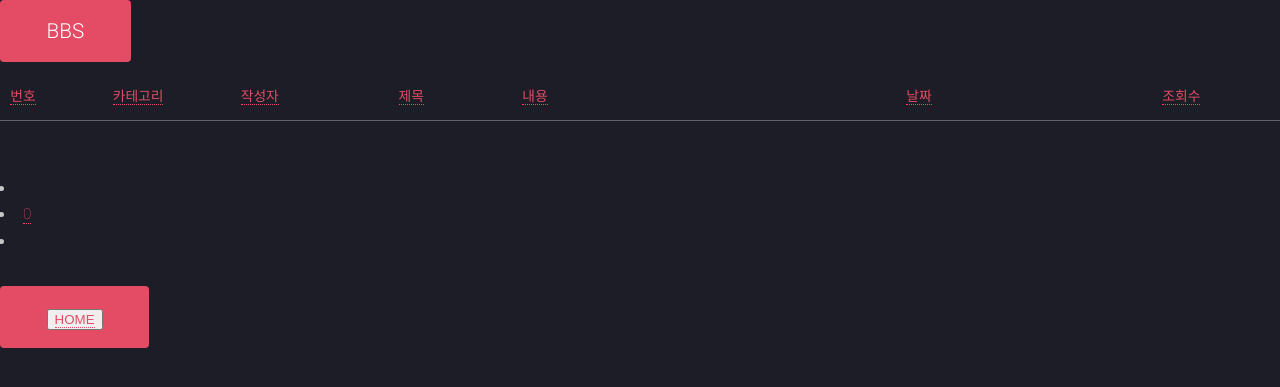
Repository: worMholEamkim/SpringEX
Page: http://localhost/bbs/bbs.do?page=0
These files come from the project's save history. The page is drawn as it stood at one moment and after the next save; the edit follows.
The browser window is 1280 px wide. The pictures show the whole page.
The page is served by Tomcat 9. Other server files are loaded and not shown. Queries for data that is not in the repository find no rows.

Above is the page before, as saved 2019-03-15 04:00:08.

### JSP_WepPage_Server-master.zip_expanded/JSP_WepPage_Server-master/bbs/WebContent/WEB-INF/bbs.jsp
<%@ page language="java" contentType="text/html; charset=UTF-8"
    pageEncoding="UTF-8"%>
<%@ taglib prefix="c" uri="http://java.sun.com/jsp/jstl/core"%>
<!DOCTYPE HTML>
<html>
	<head>
		<title>BBS</title>
		<meta charset="utf-8" />
		<meta name="viewport" content="width=device-width, initial-scale=1, user-scalable=no" />
		<link rel="stylesheet" href="assets/css/main.css" />
	</head>
		<body class="is-preload landing">
						<!-- Table -->
							<section>
								<h3 align="center" class="button primary large">BBS</h3>
								<div class="table-wrapper">
									<table>
										<thead>
											<tr>
												<th width="8%" align="center">
													<a href='bbs.do?id=BBSID'>번호</a></th>
												<th width="10%" align="center">
													<a href='bbs.do?id=BBSCATEGORY'>카테고리</a></th>
												<th align="center">
													<a href='bbs.do?id=ID'>작성자</a></th>
												<th align="center">
													<a href='bbs.do?id=BBSTITLE'>제목</a></th>
												<th width="30%" align="center">
													<a href='bbs.do?id=BBSCONTENT'>내용</a></th>
												<th width="20%" align="center">
													<a href='bbs.do?id=BBSDATE'>날짜</a></th>
												<th width="10%" align="center">
													<a href='bbs.do?id=BBSHIT'>조회수</a></th>

											</tr>
										</thead>
										<tbody>
											<c:forEach var="bbs" items="${list}" >
												<td align="center"><a href='bbsview.do?id=${bbs.bbsId}'>${bbs.bbsId}</a></td>
												<td align="right"><c:choose>
													<c:when test="${bbs.bbsCategory=='math'}">수학</c:when>
													<c:when test="${bbs.bbsCategory=='enjoy'}">여행</c:when>
													<c:when test="${bbs.bbsCategory=='pic'}">사진</c:when>
													<c:when test="${bbs.bbsCategory=='java'}">java</c:when>
													<c:when test="${bbs.bbsCategory=='web'}">웹프로그래밍</c:when>
													<c:when test="${bbs.bbsCategory=='estate'}">부동산</c:when>
													<c:when test="${bbs.bbsCategory=='food'}">음식</c:when>
													<c:when test="${bbs.bbsCategory=='common'}">상식</c:when>

													</c:choose></td>
												<td align="right">${bbs.id}</td>
												<td align="right"><a href='bbsview.do?id=${bbs.bbsId}'>
														<b>${bbs.bbsTitle}</b> </a></td>
												<td align="right"><a href='bbsview.do?id=${bbs.bbsId}'>
														<b>${bbs.bbsContent} </b></a></td>
												<td align="right">${bbs.bbsDate}</td>
												<td align="right">${bbs.bbsHit}</td>
												</tr>
											</c:forEach>
										</tbody>

										<tfoot>
											<tr>
												<td colspan="2"></td>
											</tr>
										</tfoot>
									</table>
									<ul class="pager">
										<li class="previous">
											<c:if test='${startPage>1}'>
												<!--  test 뒷부분에 조건을 단다  -->
												<a href='bbs.do?page=${startPage-10}'>이전</a>
											</c:if>
										</li>
										<li>
											<c:forEach begin="${startPage}" end="${endPage}" var="p">
												<a href='bbs.do?page=${p}'>${p}</a>
											</c:forEach>
										</li>
										<li class="next">
											<c:if test='${hasNext==true}'>
												<a href='bbs.do?page=${startPage+10}'>다음</a>
											</c:if>
										</li>
									</ul>
								</div>
								<c:if test='${sessionID!=null}'>
									<div>
										<button >
											<a href='bbsupload2.do' class="button primary large">WRITE</a>
										</button>
									</div>
								</c:if>
								<div  class="button primary large">
									<button>
										<a href='home.do' >HOME</a>
									</button>
								</div>
								<div align="center">

									<c:if test='${resultBbs >= 1}'>
										<div class="w3-panel">
											<button class="w3-button w3-black" width="10%">
												글쓰기 성공
											</button>
										</div>
									</c:if>
									<c:if test='${resultBbs < 1}'>
										<div class="w3-panel">
											<button class="w3-button w3-red" width="10%">
											 글쓰기 실패
											</button>
										</div>
									</c:if>

									<c:if test='${deleteResult >= 1}'>
										<div class="w3-panel">
											<button class="w3-button w3-black" width="10%">
												글삭제 성공
											</button>
										</div>
									</c:if>
									<c:if test='${deleteResult < 1}'>
										<div class="w3-panel">
											<button class="w3-button w3-red" width="10%">
											 글삭제 실패
											</button>
										</div>
									</c:if>

										<c:if test='${updateBbsResult >= 1}'>
										<div class="w3-panel">
											<button class="w3-button w3-black" width="10%">
												글수정 성공
											</button>
										</div>
									</c:if>
									<c:if test='${updateBbsResult < 1}'>
										<div class="w3-panel">
											<button class="w3-button w3-red" width="10%">
											 글수정 실패
											</button>
										</div>
									</c:if>
								</div>

							</section>








		<!-- Scripts -->
			<script src="assets/js/jquery.min.js"></script>
			<script src="assets/js/jquery.scrolly.min.js"></script>
			<script src="assets/js/jquery.dropotron.min.js"></script>
			<script src="assets/js/jquery.scrollex.min.js"></script>
			<script src="assets/js/browser.min.js"></script>
			<script src="assets/js/breakpoints.min.js"></script>
			<script src="assets/js/util.js"></script>
			<script src="assets/js/main.js"></script>


	</body>
</html>

### JSP_WepPage_Server-master.zip_expanded/JSP_WepPage_Server-master/bbs/src/com/jsp/controller/BbsController.java
package com.jsp.controller;

import java.io.IOException;
import java.util.List;

import javax.servlet.RequestDispatcher;
import javax.servlet.ServletException;
import javax.servlet.http.HttpServlet;
import javax.servlet.http.HttpServletRequest;
import javax.servlet.http.HttpServletResponse;

import com.jsp.dao.BbsDao;
import com.jsp.dto.BbsDto;

public class BbsController extends HttpServlet {

	@Override
	protected void doGet(HttpServletRequest req, HttpServletResponse resp) throws ServletException, IOException {
		process(req, resp);
	}

	@Override
	protected void doPost(HttpServletRequest req, HttpServletResponse resp) throws ServletException, IOException {
		process(req, resp);
	}
	private void process(HttpServletRequest req, HttpServletResponse resp) throws ServletException, IOException {

		String page = req.getParameter("page");
		String bbsColum = req.getParameter("id");

		if(bbsColum==null || bbsColum.trim().contentEquals("")) {
			bbsColum="BBSID";
		}
		if(page==null || page.trim().contentEquals("")) {
			page="1";
		}
		int nowPage = Integer.parseInt(page);

		int startNum = 0;

		int endNum = 0;

		int perpage = 20;

		endNum = 0;
		startNum = endNum - 19;

		BbsDao bbsDao = BbsDao.getInstance();
		List<BbsDto> list = bbsDao.selectAll(startNum, perpage);

		req.setAttribute("list", list);


		RequestDispatcher rd = req.getRequestDispatcher(
				"/WEB-INF/bbs.jsp");
		rd.forward(req, resp);
	}
}

### JSP_WepPage_Server-master.zip_expanded/JSP_WepPage_Server-master/bbs/src/com/jsp/dao/BbsDao.java
package com.jsp.dao;

import java.sql.Connection;
import java.sql.DriverManager;
import java.sql.PreparedStatement;
import java.sql.ResultSet;
import java.sql.SQLException;
import java.util.ArrayList;
import java.util.List;

import com.jsp.dto.BbsDto;

public class BbsDao {

	private static BbsDao bbsDao;
	private Connection conn;
	private PreparedStatement pstmt;
	private int result;
	private ResultSet rs;
	private List<BbsDto> bbsList;


	private BbsDao() {
	}



	public static synchronized BbsDao getInstance() {
		if(bbsDao == null) {
			bbsDao = new BbsDao();
	}
		return bbsDao;
	}
	public Connection getConnect() {
		String url = "jdbc:oracle:thin:@localhost:1521:xe";
		String id = "BIG";
		String pw ="1234";
		try {
			Class.forName("core.log.jdbc.driver.OracleDriver");
			conn = DriverManager.getConnection(url, id, pw);

		} catch(ClassNotFoundException e) {
			e.printStackTrace();
		} catch(SQLException e) {
			e.printStackTrace();
		}
		return conn;
	}

	public BbsDto selectById(String id) {

		// id 확인
		//System.out.println("dao에서 id = " + id);
		BbsDto bbsDto = new BbsDto();
		//System.out.println("왜");
		conn = this.getConnect();
		//System.out.println("에러가난거야 쉬뱌ㅠㅠ");

		StringBuffer query = new StringBuffer();
		query.append("SELECT *");
		query.append(" FROM BBS");
		query.append(" WHERE BBSID=? ");

		try {
			//System.out.println("양심적으로 try문은 들어가야지?");
			pstmt = conn.prepareStatement(query.toString());
			pstmt.setString(1, id);

			//System.out.println("설마 여긴가?");
			rs = pstmt.executeQuery();
			// rs 확인
			//System.out.println("dao에서 " + rs);
			while (rs.next()) {

				bbsDto.setId(rs.getString("ID"));
				bbsDto.setBbsId(rs.getString("BBSID"));
				bbsDto.setBbsTitle(rs.getString("BBSTITLE"));
				bbsDto.setBbsDate(rs.getString("BBSDATE"));
				bbsDto.setBbsCategory(rs.getString("BBSCATEGORY"));
				bbsDto.setBbsContent(rs.getString("BBSCONTENT"));
				bbsDto.setBbsHit(rs.getString("BBSHIT"));
				//System.out.println(bbsDto.toString());
			}
		} catch (SQLException e) {

		} finally {
			this.close(conn, pstmt, null);
		}
		return bbsDto;
	}


	public BbsDto selectBeforeById(String id) {

		BbsDto bbsDto = new BbsDto();
		conn = this.getConnect();
		StringBuffer query = new StringBuffer();

		query.append("SELECT * FROM BBS WHERE BBSID IN ");
		query.append(" ((SELECT MAX(BBSID) FROM BBS ");
		query.append(" WHERE BBSID < ? ))");
		try {
			pstmt = conn.prepareStatement(query.toString());
			pstmt.setString(1, id);
			rs = pstmt.executeQuery();

			while(rs.next()) {
				bbsDto.setId(rs.getString("ID"));
				bbsDto.setBbsId(rs.getString("BBSID"));
				bbsDto.setBbsTitle(rs.getString("BBSTITLE"));
				bbsDto.setBbsDate(rs.getString("BBSDATE"));
				bbsDto.setBbsCategory(rs.getString("BBSCATEGORY"));
				bbsDto.setBbsContent(rs.getString("BBSCONTENT"));
				bbsDto.setBbsHit(rs.getString("BBSHIT"));
			}
		} catch (SQLException e) {

		} finally {
			this.close(conn, pstmt, null);
		}
		return bbsDto;
	}


	public BbsDto selectAfterById(String id) {

		BbsDto	bbsDto = new BbsDto();
		conn = this.getConnect();
		StringBuffer query = new StringBuffer();

		query.append("SELECT * FROM BBS WHERE BBSID IN ");
		query.append(" ((SELECT MIN(BBSID) FROM BBS ");
		query.append(" WHERE BBSID > ? )) ");
		try {
			pstmt = conn.prepareStatement(query.toString());
			pstmt.setString(1, id);
			rs = pstmt.executeQuery();

			while(rs.next()) {
				bbsDto.setId(rs.getString("ID"));
				bbsDto.setBbsId(rs.getString("BBSID"));
				bbsDto.setBbsTitle(rs.getString("BBSTITLE"));
				bbsDto.setBbsDate(rs.getString("BBSDATE"));
				bbsDto.setBbsCategory(rs.getString("BBSCATEGORY"));
				bbsDto.setBbsContent(rs.getString("BBSCONTENT"));
				bbsDto.setBbsHit(rs.getString("BBSHIT"));
			}
		} catch (SQLException e) {

		} finally {
			this.close(conn, pstmt, null);
		}
		return bbsDto;
	}


	public int hitUpdate(String id) {

		conn = this.getConnect();
		StringBuffer query = new StringBuffer();
		query.append("UPDATE BBS SET BBSHIT = BBSHIT +1 WHERE BBSID=?");
			try {
				pstmt = conn.prepareStatement(query.toString());
				pstmt.setString(1, id);
				result = pstmt.executeUpdate();
			} catch(SQLException e1) {
	}
			finally {
				this.close(conn, pstmt, null);
			}
			return result;
	}

	public int hitUpdate(Connection conn, String id) {

			conn = this.getConnect();
			StringBuffer query = new StringBuffer();
			query.append("UPDATE BBS SET BBSHIT = BBSHIT +1 WHERE BBSID=?");
				try {
					pstmt = conn.prepareStatement(query.toString());
					pstmt.setString(1, id);
					result = pstmt.executeUpdate();
				} catch(SQLException e1) {
		}
				finally {
					this.close(conn, pstmt, null);
				}
				return result;
		}



	public int update(BbsDto bbsDto) {

		conn = this.getConnect();
		StringBuffer query = new StringBuffer();
		query.append("UPDATE BBS SET ");
		query.append(" BBTITLE=?, BBSCATEGORY=?, BBSCONTENT=?");
		query.append(" WHERE BBSID=?");
			try {
				pstmt = conn.prepareStatement(query.toString());
				pstmt.setString(1, bbsDto.getBbsTitle());
				pstmt.setString(2, bbsDto.getBbsCategory());
				pstmt.setString(3, bbsDto.getBbsContent());
				pstmt.setString(4, bbsDto.getBbsId());

				result = pstmt.executeUpdate();
			} catch (SQLException e1) {

			} finally {
				this.close(conn, pstmt, null);
			}
			return result;
	}


	public int insert(BbsDto bbsDto) {

		conn = this.getConnect();
		StringBuffer query = new StringBuffer();
		query.append("INSERT INTO BBS(BBSID, ID, BBSTITLE, BBSDATE, BBSCATEGORY, BBSCONTENT, BBSHIT)");
		query.append(" VALUES (bbs_seq.nextval ,? ,? ,sysdate,? ,? ,0 )");

		try {
			pstmt = conn.prepareStatement(query.toString());
			pstmt.setString(1, bbsDto.getId());
			pstmt.setString(2, bbsDto.getBbsTitle());
			pstmt.setString(3, bbsDto.getBbsCategory());
			pstmt.setString(4, bbsDto.getBbsContent());

			result = pstmt.executeUpdate();

		} catch (SQLException e) {
			e.printStackTrace();
		} finally {
			this.close(conn, pstmt, null);
		}
		return result;
	}


	public int insertOracle(BbsDto bbsDto) {

		conn = this.getConnect();
		StringBuffer query = new StringBuffer();
		query.append("INSERT INTO BBS(BBSID, ID, BBSTITLE, BBSDATE, BBSCATEGORY, BBSCONTENT, BBSHIT)");
		query.append(" VALUES(BBS_SEQ.BEXTVAL, ? ,? ,NOW(), ?, ?, 0 )");

		try {
			pstmt = conn.prepareStatement(query.toString());
			pstmt.setString(1,  bbsDto.getId());
			pstmt.setString(2,  bbsDto.getBbsTitle());
			pstmt.setString(3,  bbsDto.getBbsCategory());
			pstmt.setString(4,  bbsDto.getBbsContent());

			result = pstmt.executeUpdate();
		} catch (SQLException e) {
			e.printStackTrace();
		} finally {
			this.close(conn, pstmt, null);
		}
		return result;
	}


	public List<BbsDto> selectAll(int startNum, int perpage) {
		bbsList = new ArrayList<>();
		conn = this.getConnect();
		StringBuffer query = new StringBuffer();
		query.append("SELECT T2.*");
		query.append("	FROM (SELECT ROWNUM R2, T.*");
		query.append("	FROM (SELECT BBSID, ID, substr(BBSTITLE, 1, 10) BBSTITLE, BBSDATE,");
		query.append("BBSCATEGORY, substr(BBSCONTENT, 1, 15) BBSCONTENT, BBSHIT ");
		query.append(" FROM BBS ORDER BY BBSID DESC ) T) T2 ");
		query.append("WHERE T2.R2 BETWEEN ? AND ?");

		try {
			pstmt = conn.prepareStatement(query.toString());
			pstmt.setInt(1, startNum - 1);
			pstmt.setInt(2, perpage);


			rs = pstmt.executeQuery();
			while (rs.next()) {
				BbsDto bbsDto = new BbsDto();

				bbsDto.setId(rs.getString("ID"));
				bbsDto.setBbsId(rs.getString("BBSID"));
				bbsDto.setBbsTitle(rs.getString("BBSTITLE"));
				bbsDto.setBbsDate(rs.getString("BBSDATE"));
				bbsDto.setBbsCategory(rs.getString("BBSCATEGORY"));
				bbsDto.setBbsContent(rs.getString("BBSCONTENT"));
				bbsDto.setBbsHit(rs.getString("BBSHIT"));

				bbsList.add(bbsDto);
			}
			} catch(SQLException e) {
				e.printStackTrace();
		}	return bbsList;
}


	public int delete(int id) {

		conn = this.getConnect();
		StringBuffer query = new StringBuffer();

		try {

			query.append("DELETE FROM BBS");
			query.append(" WHERE BBSID = ?");
			pstmt = conn.prepareStatement(query.toString());
			pstmt.setInt(1,  id);
			int result = pstmt.executeUpdate();

			return result;
		} catch (SQLException e) {
			e.printStackTrace();
		} finally {
			this.close(conn, pstmt, null);
		}
		return -1;
	}



	public int getTotalCount() {

		conn = this.getConnect();
		StringBuffer query = new StringBuffer();
		query.append("SELECT count(*)");
		query.append(" FROM BBS");

		try {
			pstmt = conn.prepareStatement(query.toString());
			rs = pstmt.executeQuery();

			if(rs.next()) {
				return rs.getInt("count(*)");
			}
		} catch (SQLException e) {
			e.printStackTrace();
		} finally {
			this.close(conn, pstmt, rs);
		}
		return -1;
	}


	public void close(Connection conn, PreparedStatement stmt, ResultSet rs) {
		if (rs != null) {
			try {
				rs.close();
			} catch (SQLException e) {
			}
		}
		if (stmt != null) {
			try {
				stmt.close();
			} catch (SQLException e) {
			}
		}
		if (conn != null) {
			try {
				conn.close();
			} catch (SQLException e) {
			}
		}
	}

	public static void main(String[] args) {
		BbsDao mDao = BbsDao.getInstance();
	}


}

Loaded but not shown: JSP_WepPage_Server-master.zip_expanded/JSP_WepPage_Server-master/bbs/WebContent/assets/js/jquery.min.js (library); JSP_WepPage_Server-master.zip_expanded/JSP_WepPage_Server-master/bbs/WebContent/assets/js/jquery.scrolly.min.js (common file); JSP_WepPage_Server-master.zip_expanded/JSP_WepPage_Server-master/bbs/WebContent/assets/js/jquery.dropotron.min.js (library); JSP_WepPage_Server-master.zip_expanded/JSP_WepPage_Server-master/bbs/WebContent/assets/js/jquery.scrollex.min.js (common file); JSP_WepPage_Server-master.zip_expanded/JSP_WepPage_Server-master/bbs/WebContent/assets/js/browser.min.js (common file); JSP_WepPage_Server-master.zip_expanded/JSP_WepPage_Server-master/bbs/WebContent/assets/js/breakpoints.min.js (common file); JSP_WepPage_Server-master.zip_expanded/JSP_WepPage_Server-master/bbs/WebContent/assets/css/font-awesome.min.css (library); JSP_WepPage_Server-master.zip_expanded/JSP_WepPage_Server-master/bbs/WebContent/assets/js/util.js (587 lines, source omitted); JSP_WepPage_Server-master.zip_expanded/JSP_WepPage_Server-master/bbs/WebContent/assets/js/main.js (250 lines, source omitted); JSP_WepPage_Server-master.zip_expanded/JSP_WepPage_Server-master/bbs/WebContent/assets/css/main.css (4070 lines, source omitted)

After the next save:
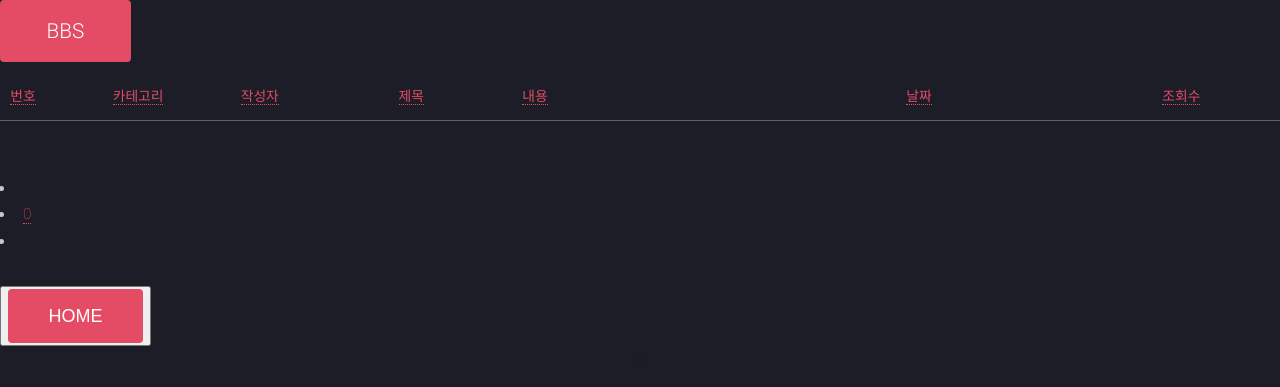
Saved 24 s later.
--- a/JSP_WepPage_Server-master.zip_expanded/JSP_WepPage_Server-master/bbs/WebContent/WEB-INF/bbs.jsp
+++ b/JSP_WepPage_Server-master.zip_expanded/JSP_WepPage_Server-master/bbs/WebContent/WEB-INF/bbs.jsp
@@ -91,9 +91,9 @@
 										</button>
 									</div>
 								</c:if>
-								<div  class="button primary large">
+								<div>
 									<button>
-										<a href='home.do' >HOME</a>
+										<a href='home.do'  class="button primary large">HOME</a>
 									</button>
 								</div>
 								<div align="center">
